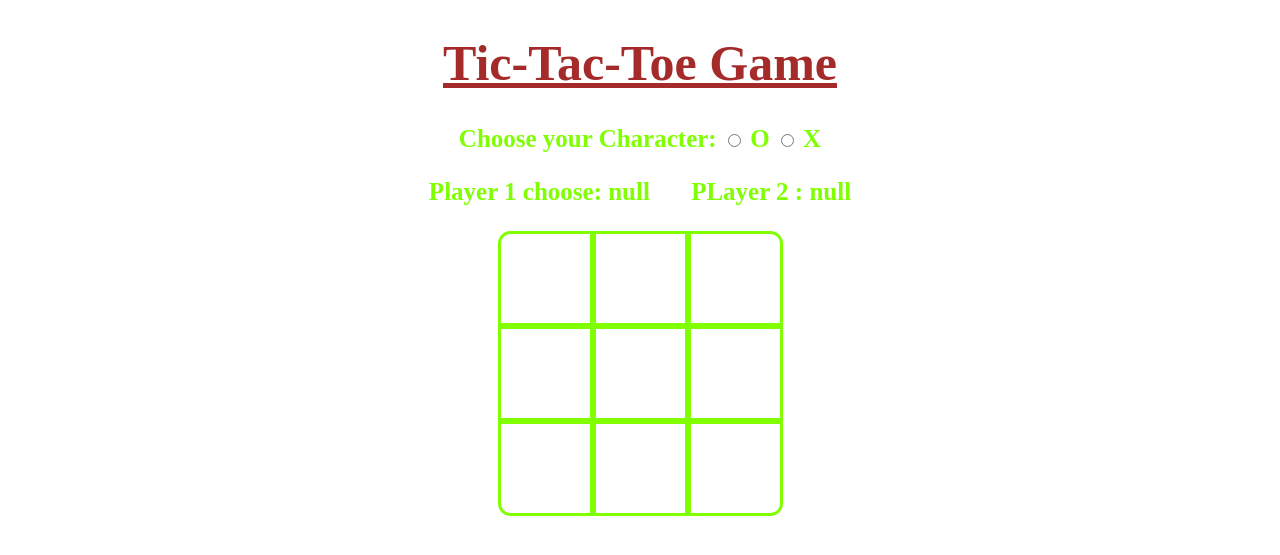
Repository: 0101chaitanya/Tic-Tac-Toe
Page: index.html
The author's editor kept a copy of each file at every save. The page is drawn from the files as they stood at one save, then again after the next save.
The browser window is 1280 px wide. The pictures show the whole page.

Above is the page before, as saved 2021-06-12 12:36:08.

### index.html
<!DOCTYPE html>
<html>

<head>
    <meta charset="utf-8">
    <title>Tic-Tac-Toe Game</title>
    <meta name="viewport" content="width=device-width, initial-scale=1">

    <link rel="stylesheet" href="styles.css">
</head>

<body>
    <div id='block1'>
        <h1 id="heading">Tic-Tac-Toe Game</h1>
        <form>
            Choose your Character:
            <input value="O" name="radio" onclick="eventFun.setUser(this)" type="radio">
            <label for="O">O</label>
            <input value="X" name="radio" onclick="eventFun.setUser(this)" type="radio">
            <label for="X">X</label>

        </form>
        <div id="player">
            <span id='1'>Player 1 choose:</span>
            <span id='2'>PLayer 2 :</span>
        </div>
        <form id="gameSquare">
            <section id="row1">
                <div id="r1Column1"></div>
                <div id="rlColumn2"></div>
                <div id="rlColumn3"></div>
            </section>
            <section id="row2">
                <div id="r2Column1"></div>
                <div id="r2Column2"></div>
                <div id="r2Column3"></div>
            </section>
            <section id="row3">
                <div id="r3Column1"></div>
                <div id="r3Column2"></div>
                <div id="r3Column3"></div>
            </section>
        </form>
    </div>
    <div id="ResultBox">
        <span id="closebtn">&times;</span>
        <strong id="resultOut"></strong>
    </div>

</body>
<script type="text/javascript" src="script.js"></script>

</html>

### styles.css
:root {
    text-align: center;
    font-weight: bold;
}

* {
    box-sizing: border-box;
}

@media screen and (max-width: 400px) {
     :root {
        font-size: 14px;
    }
}

@media screen and (min-width: 401px) and (max-width: 700px) {
     :root {
        font-size: 18px;
    }
}

@media screen and (min-width: 701px) {
     :root {
        font-size: 25px;
    }
}

body {
    color: chartreuse;
}

h1 {
    color: brown;
    text-decoration: underline;
    text-decoration-style: solid;
}

label>input {
    color: red;
    border: 1px solid;
}

#player {
    display: block;
    margin: 1rem auto 1rem auto;
}

#player>span {
    margin: auto 0.7rem auto 0.7rem;
}

#gameSquare {
    width: min-content;
    height: min-content;
    display: block;
    margin: auto;
}

#gameSquare>section:nth-child(n) {
    /* border-style: solid;
     */
    width: min-content;
    height: min-content;
    display: flex;
    justify-content: center;
    align-items: center;
}

#gameSquare>section:nth-child(n)>div:nth-child(n) {
    display: flex;
    margin: auto;
    width: 3.8rem;
    height: 3.8rem;
    border-style: solid;
    border-width: 0.15rem;
    justify-content: center;
    align-items: center;
    font-size: 1.8rem;
}

#gameSquare>section:nth-child(1)>div:nth-child(1) {
    border-top-left-radius: 0.5rem;
}

#gameSquare>section:nth-child(1)>div:nth-child(3) {
    border-top-right-radius: 0.5rem;
}

#gameSquare>section:nth-child(3)>div:nth-child(1) {
    border-bottom-left-radius: 0.5rem;
}

#gameSquare>section:nth-child(3)>div:nth-child(3) {
    border-bottom-right-radius: 0.5rem;
}

#ResultBox {
    height: fit-content;
    width: 13rem;
    display: none;
    margin-left: auto;
    margin-right: auto;
    margin-top: 3rem;
    position: relative;
    top: -12rem;
    border-color: rgb(162, 162, 192);
    background-color: rgb(15, 44, 138);
    color: white;
    opacity: 1;
    transition: opacity 0.6s;
    margin-bottom: 15px;
    border-radius: 1rem;
    padding: 1rem;
    text-align: center;
}

#resultOut {
    color: #f0e0e4;
    font-weight: bold;
}

#closebtn {
    margin-left: 15px;
    color: white;
    font-weight: bold;
    float: right;
    font-size: 22px;
    line-height: 20px;
    cursor: pointer;
    transition: 0.3s;
}

#closebtn:hover {
    color: rgb(38, 170, 82);
}

### script.js
"use strict";
let eventFun = (function() {
    let user1Selection, user2Selection, runningCharacter;
    let runningNumber = 0,
        result;

    function setUser(given) {
        localStorage.setItem("user1Selection", given.value);
        document.querySelector(`form`).submit();
    }
    user1Selection = localStorage.getItem("user1Selection");
    user2Selection =
        user1Selection != null ? (user1Selection === "X" ? "O" : "X") : null;
    runningCharacter = user1Selection;
    document.getElementById('1').textContent += ` ` + user1Selection || ' ';
    document.getElementById('2').textContent += ` ` + user2Selection || ' ';

    let array = Array.from(
        document.getElementById("gameSquare").querySelectorAll("div")
    );

    function switchRunChar() {
        runningCharacter = runningCharacter === "O" ? "X" : "O";
        runningNumber = runningNumber === 0 ? 1 : 0;
    }

    function text(i) {
        return array[i].textContent;
    }
    let newArray = Array(array.length).fill();

    function arrayCreator(index, incrementer) {
        return [
            newArray[index],
            newArray[index + incrementer],
            newArray[index + 2 * incrementer],
        ];
    }
    let count = 0;

    let horizontalArray;
    let verticalArray;
    let diagonalArray;

    function parser(arrayInput) {
        let arr = arrayInput.map((item, index) => {
            let res = item.reduce((stack, item) => {
                stack += item;
                return stack;
            });
            return res;
        });
        return arr;
    }

    function send(input) {
        let block1 = document.getElementById('block1');
        block1.style.filter = 'blur(0.5rem)';
        document.getElementById('ResultBox').style.display = 'block';
        document.getElementById('resultOut').textContent = input;
        let close = document.getElementById('closebtn');
        close.onclick = function() {
            let div = this.parentElement;
            div.style.opacity = '0';
            setTimeout(function() {
                div.style.display = "none";
                block1.style.filter = 'blur(0.0rem)';

            }, 600);
        };

    }

    function check(input) {
        input.forEach((item) => {
            if (item === 3) {
                result = item;
                send("Player 2 won");
            } else if (item === 0) {
                result = item;
                send("Player 1 won");
            }
        });
    }

    function checkWin() {
        horizontalArray = [
            arrayCreator(0, 1),
            arrayCreator(3, 1),
            arrayCreator(6, 1),
        ];
        verticalArray = [
            arrayCreator(0, 3),
            arrayCreator(1, 3),
            arrayCreator(2, 3),
        ];
        diagonalArray = [arrayCreator(0, 4), arrayCreator(2, 2)];

        let horizontalParsed = parser(horizontalArray);
        let verticalParsed = parser(verticalArray);

        let diagonalParsed = parser(diagonalArray);
        check(horizontalParsed);
        check(verticalParsed);
        check(diagonalParsed);

        if (count == 8) {
            console.table(horizontalArray, verticalArray, diagonalArray);
            console.table({
                horizontalParsed: horizontalParsed,
                verticalParsed: verticalParsed,
                diagonalParsed: diagonalParsed,
            });
            console.table(newArray);
            if (result == undefined) {
                send("draw");
            }
        }
    }

    let setOutput = function(e, index) {
        e.target.textContent = runningCharacter;
        e.target.removeEventListener("click", (e) => setOutput(e));
        newArray.splice(index, 1, runningNumber);
        switchRunChar();
        checkWin();

        count++;
    };
    array.forEach((item, index) => {
        item.textContent = "";
        item.addEventListener("click", (e) => setOutput(e, index), { once: true });
    });
    return { result, array, setOutput, setUser, count };
})();

After the next save:
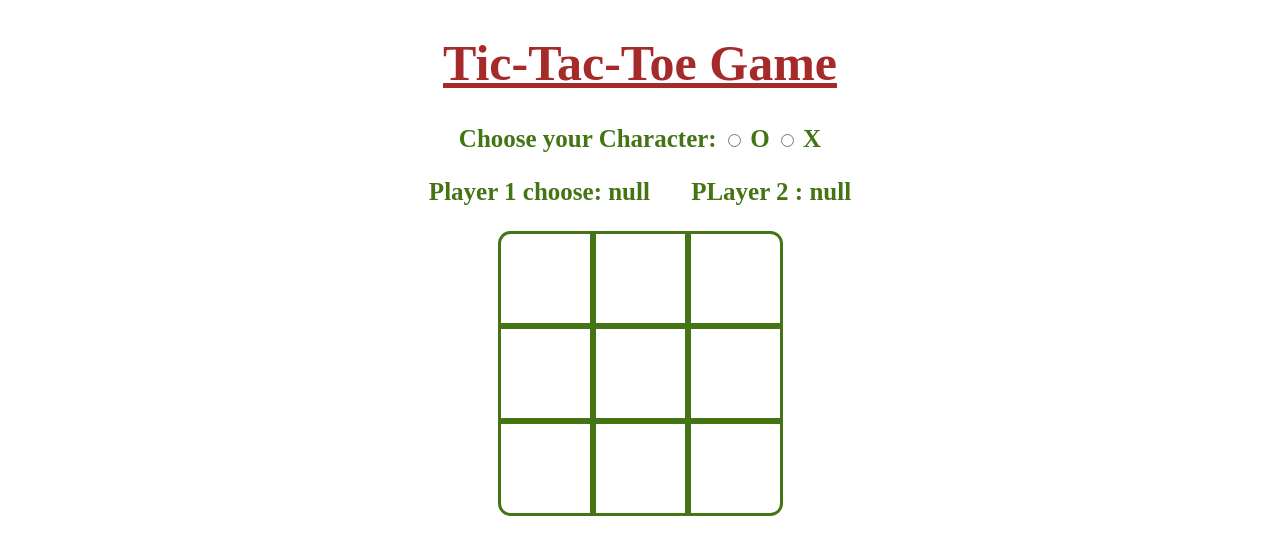
Saved 5 s later.
--- a/styles.css
+++ b/styles.css
@@ -26,7 +26,7 @@
 }
 
 body {
-    color: chartreuse;
+    color: rgb(68, 116, 20);
 }
 
 h1 {
